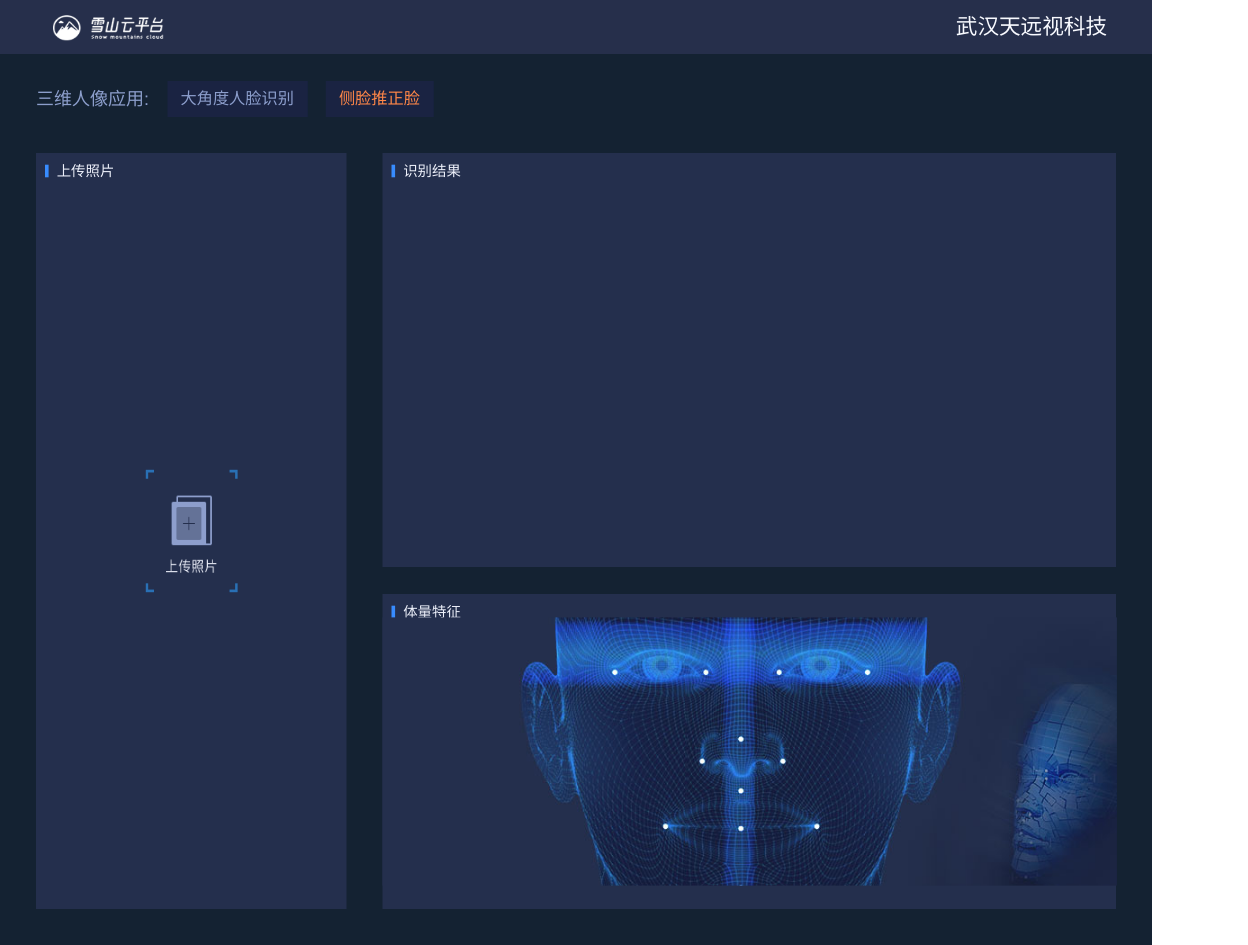
Repository: fyt2020/pubilcDemlo
Page: /#/face
These files come from the project's save history. The page is drawn as it stood at one moment and after the next save; the edit follows.
The browser window is 1280 px wide. The page is 1280 px wide, then 1387 px, so the pictures cover 1387 px, including what lies to the right of the window. The pictures show the whole page, at 90% of full size.
The project was rebuilt for these pictures with package versions that can differ from the ones it lists, and the page was loaded fresh each time.

Above is the page before, as saved 2020-04-28 12:57:19.

After the next save:
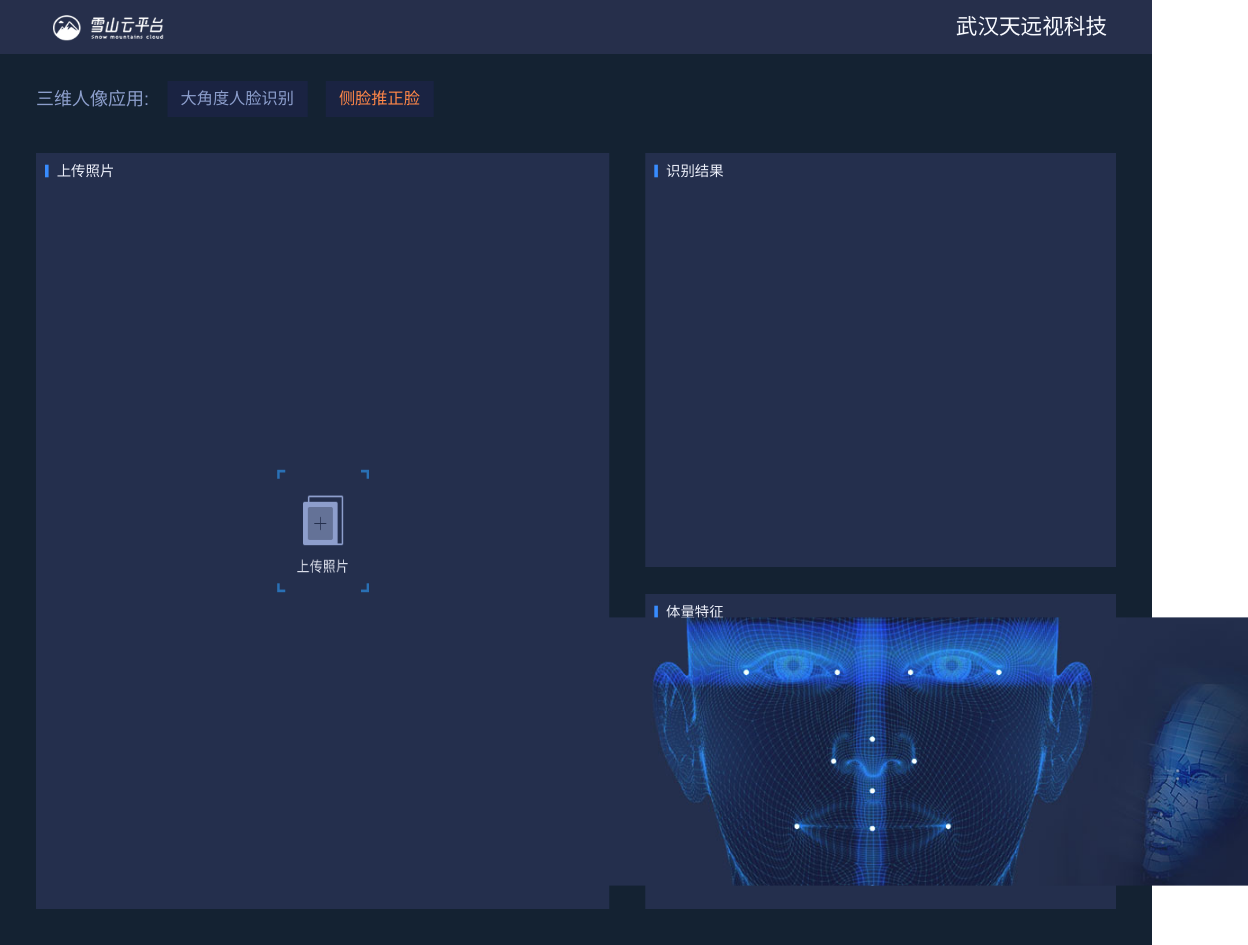
Saved 90 s later.
--- a/src/pages/face.vue
+++ b/src/pages/face.vue
@@ -41,7 +41,7 @@
           <span class="titleW__one"></span>
           <span class="titleW__w">识别结果</span>
         </div>
-        <div id="WebGL-output"></div>
+        <img :src="frontImg" alt="" class="front__img">
         <ul class="info__box" v-if="infoObj.collectNo">
           <li class="info__item">
             <span class="info__iteml">姓名:</span>
@@ -93,12 +93,6 @@ export default {
       uploadImgUrl: "",
       regImgKey:false,
       closeKey: false,
-      camera: null,
-      renderer: null,
-      boxHelper: null,
-      animationId: null,
-      modelObj: null,
-      scene: null,
       isBig:true,
       infoObj: {
         collectNo: "",
@@ -106,12 +100,12 @@ export default {
         time: "",
         idNo: ""
       },
+      frontImg:"",
       charData: [],
       angleImg: [{
         id: Math.floor(Math.random * 100),
           src: ``
       }],
-
       source: 0
     };
   },
